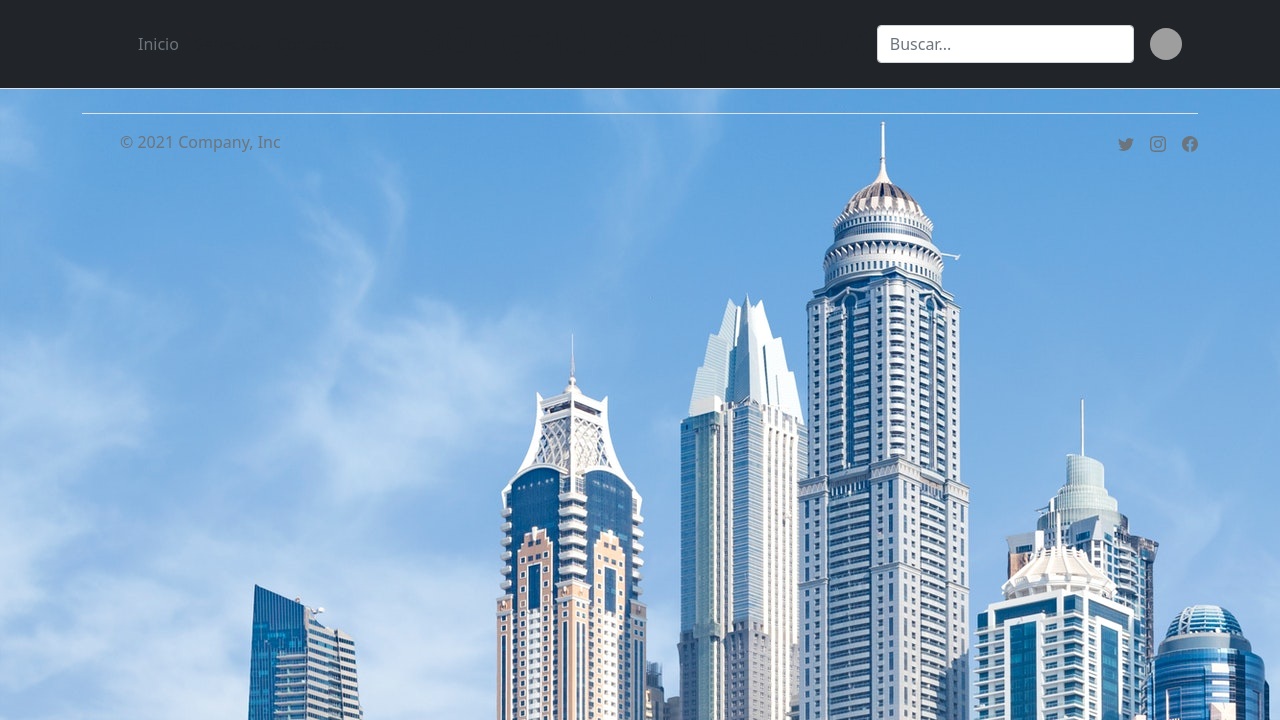
Repository: RaquelAlvarezz/Recuperaci-n-Bootstrap
Page: http://localhost/servicios.php
The author's editor kept a copy of each file at every save. The page is drawn from the files as they stood at one save, then again after the next save.
The browser window is 1280 px wide. The pictures show the whole page.
Pictures or frames that could not be fetched are drawn as grey boxes. The page is run by PHP 8.4 with error messages shown; the project is at /var/www/html/.

Above is the page before, as saved 2022-02-17 12:13:10.

After the next save:
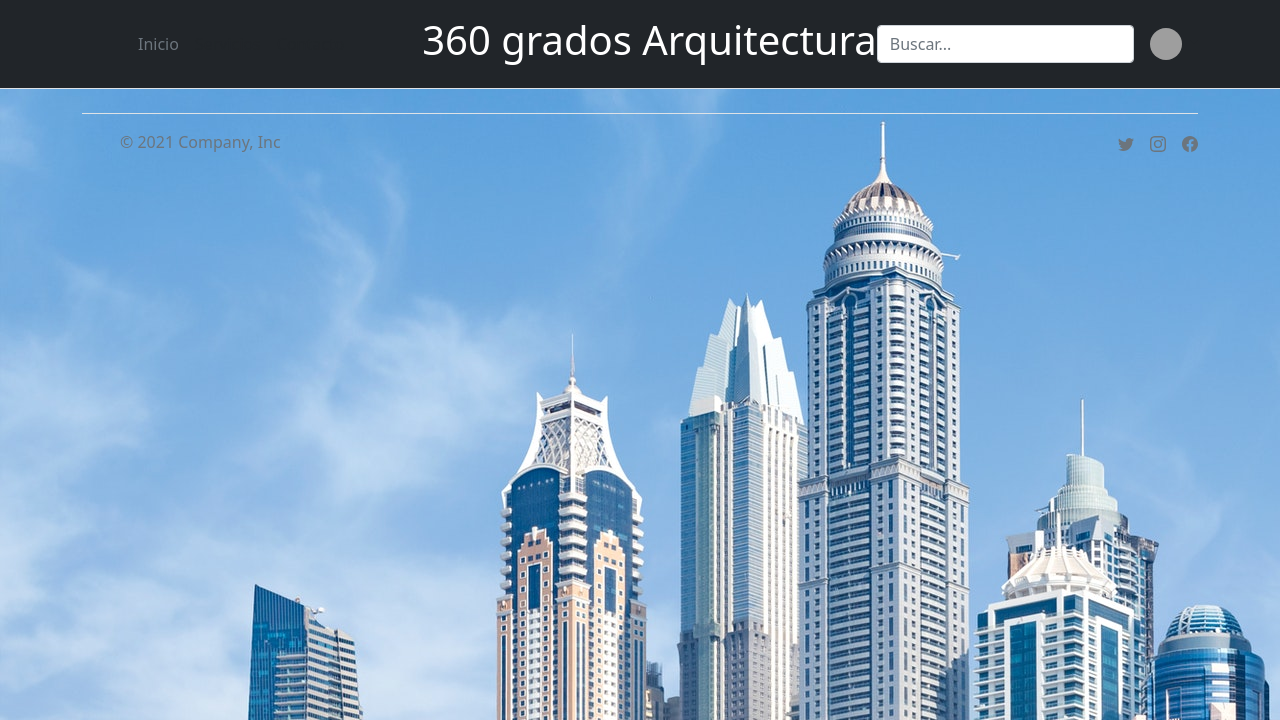
Saved 21 s later.
--- a/header.php
+++ b/header.php
@@ -1,5 +1,5 @@
 
-<header class="p-3 bg-dark border-bottom">
+<header class="p-3 bg-dark border-bottom text-white">
         <div class="container">
           <div class="d-flex flex-wrap align-items-center justify-content-center justify-content-lg-start">
             <a href="/" class="d-flex align-items-center mb-2 mb-lg-0 text-dark text-decoration-none">
